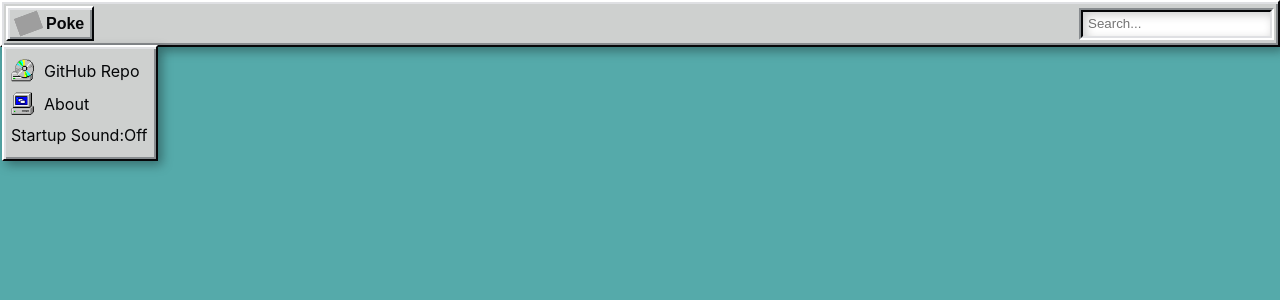
Repository: VolodymyrDubnytskyi/Pokemons
Page: /
An editor plug-in stored every save of this project. The page is shown before and after the next save, followed by the edit.
The browser window is 1280 px wide. The pictures show the whole page.
Pictures or frames that could not be fetched are drawn as grey boxes. The page's requests for data from a server got no answer. The project was rebuilt for these pictures with package versions that can differ from the ones it lists, and the page was loaded fresh each time. No one was signed in, and anything a server would have sent is missing. Also part of the build but not shown: src/Components/PopUpComponents/BasicInfo.js, src/Components/PopUpComponents/Stats.js, src/Components/PopUpComponents/Abilities.js, src/Components/PopUp.js.

Above is the page before, as saved 2020-06-11 15:01:35.

### src/App.js
import React from 'react';
import './App.css';
import Home from './Components/Home';

function App() {
  return (
    <Home />
  );
}

export default App;

### src/App.css
:root {
  --menu-bg-color: rgb(206, 208, 207);
  --main-color: rgb(5, 6, 8);
  --box-shadow-main: rgba(0, 0, 0, 0.35) 4px 4px 10px 0px, rgb(223, 224, 227) 1px 1px 0px 1px inset,
    rgb(136, 140, 143) -1px -1px 0px 1px inset;
  --box-shadow-btn: rgb(223, 224, 227) 1px 1px 0px 1px inset, rgb(136, 140, 143) -1px -1px 0px 1px inset;
}
* {
  box-sizing: border-box;
  margin: 0;
  padding: 0;
}
.main-bg {
  min-height: 100vh;
  width: 100%;
  padding-top: 35px;
  background-color: #55aaaa;
}
.content-box {
  max-width: 1380px;
  margin: auto;
  display: grid;
  grid-template-columns: repeat(6, 140px);
  justify-content: center;
}
.pokemon-container {
  height: 140px;
  display: flex;
  justify-content: center;
  align-items: center;
  flex-direction: column;
}
.pokemon-name {
  color: rgb(255, 255, 255);
  user-select: none;
  padding: 2px;
  text-decoration: underline;
}
/* header navbar */
.header-container {
  border-left-color: rgb(255, 255, 255);
  border-top-color: rgb(255, 255, 255);
  border-right-color: var(--main-color);
  border-bottom-color: var(--main-color);
  box-shadow: rgba(0, 0, 0, 0.35) 4px 4px 10px 0px, rgb(223, 224, 227) 1px 1px 0px 1px inset,
    rgb(136, 140, 143) -1px -1px 0px 1px inset;
  box-sizing: border-box;
  background-color: var(--menu-bg-color);
  color: var(--main-color);
  position: fixed;
  top: 0;
  right: 0;
  left: 0;
  padding: 4px;
  display: flex;
  flex-direction: column;
  width: 100%;
  border-style: solid;
  border-width: 2px;
}
.navbar-container {
  display: flex;
  justify-content: space-between;
  align-items: center;
}
.nav-menu-btn {
  box-sizing: border-box;
  background-color: var(--menu-bg-color);
  color: var(--main-color);
  border-left-color: rgb(255, 255, 255);
  border-top-color: rgb(255, 255, 255);
  border-right-color: var(--main-color);
  border-bottom-color: var(--main-color);
  box-shadow: var(--box-shadow-btn);
  position: relative;
  display: inline-flex;
  -webkit-box-align: center;
  align-items: center;
  -webkit-box-pack: center;
  justify-content: center;
  height: 35px;
  width: auto;
  font-size: 16px;
  border-style: solid;
  border-width: 2px;
  padding: 0px 0.5rem;
  font-weight: 600;
}
.windows-logo {
  transform: rotate(-20deg);
  margin-right: 5px;
  width: 25px;
}
/* input */
.input-container {
  position: relative;
  box-sizing: border-box;
  border-left-color: rgb(136, 140, 143);
  border-top-color: rgb(136, 140, 143);
  border-right-color: rgb(255, 255, 255);
  border-bottom-color: rgb(255, 255, 255);
  padding: 2px;
  border-style: solid;
  border-width: 2px;
  height: 32px;
}
.input-container::before {
  position: absolute;
  left: 0px;
  top: 0px;
  z-index: 1;
  content: "";
  width: calc(100% - 4px);
  height: calc(100% - 4px);
  border-left-color: var(--main-color);
  border-top-color: var(--main-color);
  border-right-color: rgb(223, 224, 227);
  border-bottom-color: rgb(223, 224, 227);
  pointer-events: none;
  box-shadow: rgba(0, 0, 0, 0.2) 3px 3px 10px inset;
  border-style: solid;
  border-width: 2px;
}
.search-input {
  outline: none;
  width: 100%;
  height: 100%;
  padding: 0 5px;
  border: none;
}
/* pop Up */
.pop-up-detail-bg {
  position: fixed;
  top: 50%;
  left: 50%;
  transform: translate(-50%, -50%);
  min-height: 400px;
  width: 600px;
  padding: 2px;
  border: 2px solid;
  border-left-color: rgb(255, 255, 255);
  border-top-color: rgb(255, 255, 255);
  border-right-color: var(--main-color);
  border-bottom-color: var(--main-color);
  box-shadow: var(--box-shadow-main);
  box-sizing: border-box;
  display: inline-block;
  background-color: var(--menu-bg-color);
  color: var(--main-color);
}
.pop-up-detail-header {
  height: 33px;
  display: flex;
  align-items: center;
  justify-content: space-between;
  margin: 0 2px 4px 0;
  font-weight: bold;
  color: rgb(255, 255, 255);
  padding: 0px 0.5rem;
  background: linear-gradient(to right, rgb(0, 0, 128), rgb(16, 52, 166));
}
.close-btn {
  position: relative;
  display: flex;
  align-items: center;
  justify-content: center;
  height: 27px;
  width: 27px;
  font-size: 16px;
  padding: 0px;
  margin-right: -6px;
  margin-top: 1px;
  outline: none;
  background-color: var(--menu-bg-color);
  color: var(--main-color);
  border: 2px solid;
  border-left-color: rgb(255, 255, 255);
  border-top-color: rgb(255, 255, 255);
  border-right-color: rgb(5, 6, 8);
  border-bottom-color: rgb(5, 6, 8);
  box-shadow: var(--box-shadow-btn);
  font-weight: bold;
}
.exit-link-container {
  display: flex;
  align-items: center;
  padding: 4px;
}
.disabled-text-btn,
.active-text-btn {
  padding: 0 0.5rem;
  display: inline-flex;
  -webkit-box-align: center;
  align-items: center;
  -webkit-box-pack: center;
  justify-content: center;
  height: 27px;
  font-size: 16px;
  background-color: transparent;
  border: 2px solid transparent;
  font-weight: 500;
}
.disabled-text-btn {
  color: rgb(136, 140, 143);
  text-shadow: rgb(255, 255, 255) 1px 1px;
}
.active-text-btn {
}
.pokemon-detail {
  width: 80%;
  height: 270px;
  margin: 20px auto auto auto;
}
.pokemon-detail-menu {
  display: flex;
  align-items: center;
}
.pokemon-detail-content {
  background-color: var(--menu-bg-color);
  color: var(--main-color);
  border-left-color: rgb(255, 255, 255);
  border-top-color: rgb(255, 255, 255);
  border-right-color: var(--main-color);
  border-bottom-color: var(--main-color);
  box-shadow: rgb(223, 224, 227) 1px 1px 0px 1px inset, rgb(136, 140, 143) -1px -1px 0px 1px inset;
  position: relative;
  display: flex;
  align-items: center;
  height: 90%;
  border-style: solid;
  border-width: 2px;
  padding: calc(1.5rem) 1rem 1rem;
}
.pokemon-detail-menu {
  height: 10%;
}
.pokemon-detail-menu-item {
  box-sizing: border-box;
  display: inline-block;
  background-color: rgb(206, 208, 207);
  border-left-color: rgb(255, 255, 255);
  border-top-color: rgb(255, 255, 255);
  border-right-color: rgb(5, 6, 8);
  box-shadow: rgb(223, 224, 227) 1px 1px 0px 1px inset, rgb(136, 140, 143) -1px -1px 0px 1px inset;
  position: relative;
  height: 35px;
  line-height: 35px;
  border-top-left-radius: 5px;
  border-top-right-radius: 5px;
  margin-bottom: -2px;
  cursor: default;
  color: rgb(5, 6, 8);
  border-style: solid solid none;
  border-width: 2px 2px 2px;
  padding: 0px 0.5rem;
  border-bottom: none;
}
.pokemon-detail-menu-active-item {
  background-color: rgb(206, 208, 207);
  border-left-color: rgb(255, 255, 255);
  border-top-color: rgb(255, 255, 255);
  border-right-color: rgb(5, 6, 8);
  box-shadow: rgb(223, 224, 227) 1px 0px 0px 0px inset, rgb(136, 140, 143) -1px 0px 0px 0px inset;
  position: relative;
  line-height: 35px;
  border-top-left-radius: 5px;
  border-top-right-radius: 5px;
  cursor: default;
  color: rgb(5, 6, 8);
  z-index: 1;
  height: calc(39px);
  border-style: solid solid none;
  border-width: 2px 2px 2px;
  border-bottom: none;
  padding: 0px calc(0.5rem + 8px);
  margin-bottom: 4px;
}
.pokemon-detail-img-container {
  width: 40%;
  height: 100%;
  display: flex;
  justify-content: center;
  align-items: center;
}
.pokemon-detail-description-box {
  width: 60%;
  height: 100%;
  display: flex;
  flex-direction: column;
}
.pokemon-detail-img {
  width: 85%;
  height: 85%;
}
.pokemon-detail-type-of-pokemon {
  background: rgb(75, 144, 214);
  color: rgb(255, 255, 255);
  padding: 4px;
  max-width: 81px;
  display: flex;
  justify-content: center;
  align-items: center;
}
.stats-container {
  background-color: rgb(206, 208, 207);
  color: rgb(5, 6, 8);
  border-left-color: rgb(255, 255, 255);
  border-top-color: rgb(255, 255, 255);
  border-right-color: rgb(5, 6, 8);
  border-bottom-color: rgb(5, 6, 8);
  box-shadow: rgb(223, 224, 227) 1px 1px 0px 1px inset, rgb(136, 140, 143) -1px -1px 0px 1px inset;
  border-style: solid;
  border-width: 2px;
  padding: calc(1.5rem) 1rem 1rem;
}
.stats-content-container {
  position: relative;
  border: 2px solid;
  border-left-color: rgb(136, 140, 143);
  border-top-color: rgb(136, 140, 143);
  border-right-color: rgb(255, 255, 255);
  border-bottom-color: rgb(255, 255, 255);
  background-color: #fff;
  height: 100%;
}
.stats-content-container::before {
  position: absolute;
  left: 0px;
  top: 0px;
  z-index: 1;
  content: "";
  width: calc(100% - 4px);
  height: calc(100% - 4px);
  border-left-color: rgb(5, 6, 8);
  border-top-color: rgb(5, 6, 8);
  border-right-color: rgb(223, 224, 227);
  border-bottom-color: rgb(223, 224, 227);
  pointer-events: none;
  box-shadow: rgba(0, 0, 0, 0.2) 3px 3px 10px inset;
  border-style: solid;
  border-width: 2px;
  display: flex;
  flex-direction: column;
  justify-content: center;
  align-items: center;
}
.stats-table-heading,
.stats {
  display: flex;
  justify-content: space-between;
  align-items: center;
}
.stats {
  padding: 0 10px;
  margin: 6px 0;
}
.stats-table-heading div,
.stats-table-heading span {
  border-right-color: rgb(5, 6, 8);
  border-bottom-color: rgb(5, 6, 8);
  box-shadow: rgb(223, 224, 227) 1px 1px 0px 1px inset, rgb(136, 140, 143) -1px -1px 0px 1px inset;
  display: inline-block;
  vertical-align: inherit;
  cursor: default;
  border-style: none solid solid none;
  border-width: 2px 2px;
  padding: 0px 0.5rem;
  background: rgb(206, 208, 207);
  border-left: none;
  border-top: none;
}
.stats-table-colum-lg {
  width: 80%;
}
.stats-table-column-sm {
  width: 20%;
}
.active-btn {
  box-sizing: border-box;
  background-color: rgb(206, 208, 207);
  color: rgb(5, 6, 8);
  border-left-color: rgb(5, 6, 8);
  border-top-color: rgb(5, 6, 8);
  border-right-color: rgb(255, 255, 255);
  border-bottom-color: rgb(255, 255, 255);
  box-shadow: rgb(136, 140, 143) 1px 1px 0px 1px inset, rgb(223, 224, 227) -1px -1px 0px 1px inset;
  background-image: url(data:[embedded picture, 142 characters]);
  position: relative;
  display: inline-flex;
  -webkit-box-align: center;
  align-items: center;
  -webkit-box-pack: center;
  justify-content: center;
  height: 35px;
  width: auto;
  font-size: 16px;
  border-style: solid;
  border-width: 2px;
  padding: 2px 0.5rem 0px;
}
button {
  -webkit-tap-highlight-color: rgba(0, 0, 0, 0);
  outline: none;
}
/* nav menu */
.nav-menu-container {
  width: auto;
  border-left-color: rgb(255, 255, 255);
  border-top-color: rgb(255, 255, 255);
  border-right-color: rgb(5, 6, 8);
  border-bottom-color: rgb(5, 6, 8);
  box-shadow: rgba(0, 0, 0, 0.35) 4px 4px 10px 0px, rgb(223, 224, 227) 1px 1px 0px 1px inset,
    rgb(136, 140, 143) -1px -1px 0px 1px inset;
  box-sizing: border-box;
  display: inline-block;
  background-color: rgb(206, 208, 207);
  color: rgb(5, 6, 8);
  position: absolute;
  bottom: 0px;
  left: 0px;
  transform: translate(0px, 100%);
  padding: 2px 4px 4px 2px;
  border-style: solid;
  border-width: 2px;
  list-style: none;
}
.menu-item {
  display: flex;
  align-items: center;
  margin:10px 5px;
}
.menu-icons {
  margin-right: 10px;
  height: 23px;
    width: 23px;
}

### src/Components/Home.js
import React from 'react';
import { Component } from 'react';
import Header from './Header';
import PopUpPokemonDetail from './PopUp';

class Home extends Component {
    state = {
        collectionsOfUrl: '',
        pokemonsDetail: [],
        clickedPokemonDetail: '',
        activePopUp: false
    }
    componentDidMount() {
        fetch('https://pokeapi.co/api/v2/pokemon/?offset=0&limit=150')
            .then(res => res.json())
            .then((data => {
                this.setState({
                    collectionsOfUrl: data.results
                }, () => {
                    this.getPokemonsData();
                })
            }))
    }
    getPokemonsData = e => {
        this.state.collectionsOfUrl.map((item) => {
            fetch(item.url)
                .then(res => res.json())
                .then((result) => {
                    this.setState({
                        pokemonsDetail: [...this.state.pokemonsDetail, result].sort((a, b) => a.id - b.id),
                        pokemonDetailDefault: this.state.pokemonsDetail
                    })
                })
        })
    }
    getPokemonSpecies = pokemon => {
        fetch(pokemon.species.url)
            .then((res => res.json()))
            .then((data => this.setState({ pokemonSpecies: data })))
    }

    checkPokemonDetail = pokemon => {
        this.setState({
            clickedPokemonDetail: pokemon,
            activePopUp: true
        })
        this.getPokemonSpecies(pokemon)
    }
    closePopUp = e => this.setState({ activePopUp: false })
    filterPokemons = serchWord => {
        this.setState({
            pokemonsDetail: this.state.pokemonDetailDefault.filter((item) => item.name.includes(serchWord))
        })
    }
    render() {
        console.log(this.state.clickedPokemonDetail);
        return (
            <section className={'main-bg'}>
                <Header
                    filterPokemons={this.filterPokemons} />
                {this.state.activePopUp &&
                    <PopUpPokemonDetail
                        pokemon={this.state.clickedPokemonDetail}
                        activePopUp={this.state.activePopUp}
                        pokemonSpecies={this.state.pokemonSpecies}
                        closePopUp={this.closePopUp} />}
                <div className={'content-box'}>
                    {this.state.pokemonsDetail.map((item, i) => {
                        return (
                            <div
                                className={'pokemon-container'}
                                // onClick={}
                                onDoubleClick={() => this.checkPokemonDetail(item)}
                                key={i}
                            >
                                <img src={item.sprites.front_default} alt="pokemon-image" />
                                <h3 className={'pokemon-name'}>{item.name.charAt(0).toUpperCase() + item.name.slice(1)}</h3>
                            </div>
                        );
                    })}
                </div>
            </section>
        );
    }
}
export default Home;

### src/Components/Header.js
import React, { Component } from 'react';
import Menu from './HeaderComponents/Menu';

class Header extends Component {
    state = {
        searchPoki: '',
        activeMenu: false
    }
    setInputValue = e => {
        this.setState({
            searchPoki: e.target.value
        }, () => {
            this.props.filterPokemons(this.state.searchPoki)
        })
    }
    showMenu = e => {
        this.setState({
            activeMenu: !this.state.showMenu
        })
    }
    render() {
        return (
            <header className={'header-container'}>
                <nav className={'navbar-container'}>
                    <button className={`nav-menu-btn ${this.state.activeMenu && 'active-btn'}`} onClick={this.showMenu}>
                        <img
                            src="https://upload.wikimedia.org/wikipedia/commons/thumb/1/1e/Windows_Logo_1995.svg/32px-Windows_Logo_1995.svg.png" alt="windows"
                            className={'windows-logo'} />
                        Poke
                    </button>
                    <Menu/>
                    <div className={'input-container'}>
                        <input
                            className={'search-input'}
                            type='text'
                            placeholder='Search...'
                            value={this.state.searchPoki}
                            onChange={this.setInputValue} />
                    </div>
                </nav>
            </header>
        );
    }
}

export default Header;

### src/Components/HeaderComponents/Menu.js
import React from 'react';
import { imgDvd, imgPc } from '../../assets/imgDvd';
let dvdImg = ''

const Menu = props => {
    return (
        <div className={'nav-menu-container'}>
            <ul>
                <li className={'menu-item'}>
                    <img src={imgDvd} alt="window-95-dvd"  className={'menu-icons'}/>
                 GitHub Repo
                 </li>
                <li className={'menu-item'}>
                    <img src={imgPc} alt="window-95-computre" className={'menu-icons'} />
                 About
                 </li>
                <li className={'menu-item'}>Startup Sound:Off</li>
            </ul>
        </div>
    )
}
export default Menu;

Loaded but not shown: public/index.html (common file); src/index.js (common file); src/index.css (common file); src/serviceWorker.js (common file); src/assets/imgDvd.js (library)

After the next save:
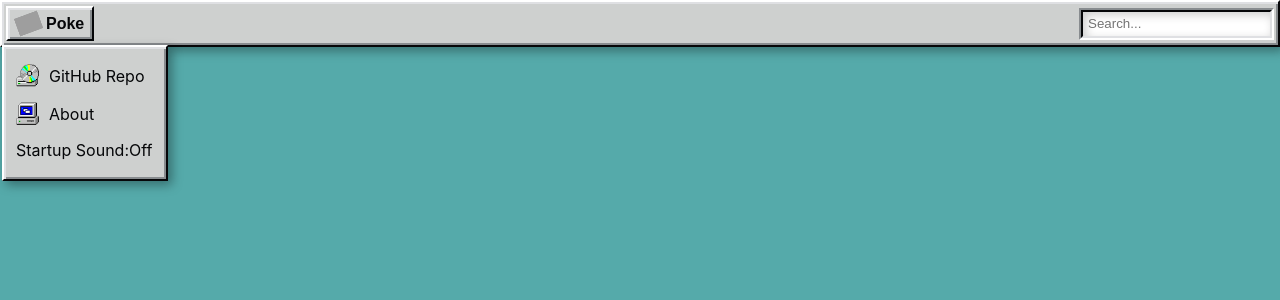
Saved 14 s later.
--- a/src/App.css
+++ b/src/App.css
@@ -427,7 +427,7 @@ button {
 .menu-item {
   display: flex;
   align-items: center;
-  margin:10px 5px;
+  margin:15px 10px;
 }
 .menu-icons {
   margin-right: 10px;
